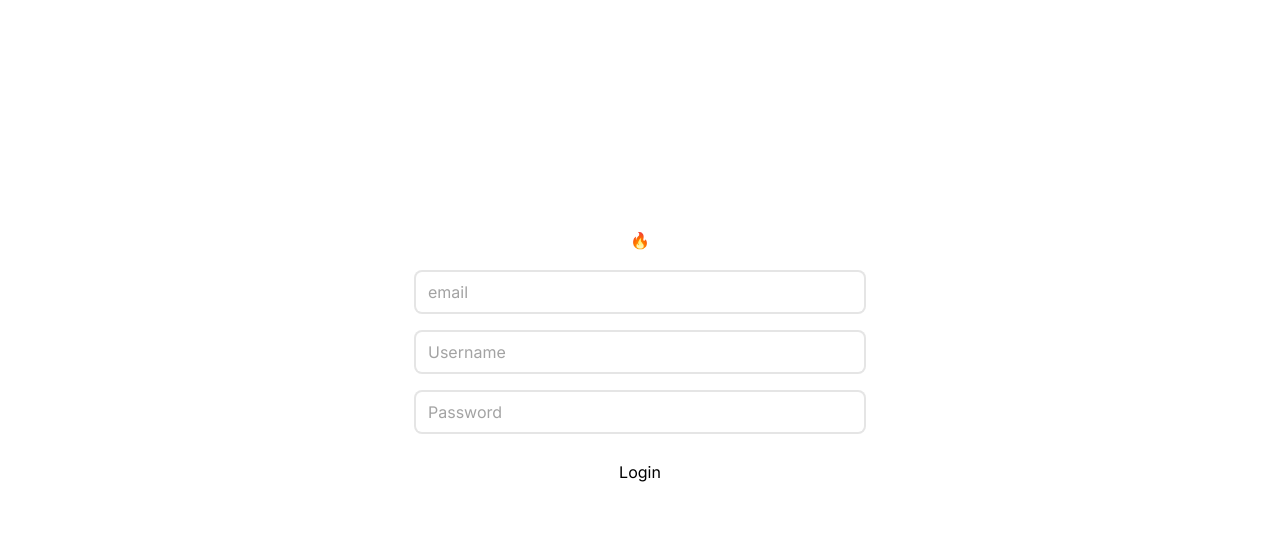
Repository: ParkSeokgyu/tweets
Page: /login
These files come from the project's save history. The page is drawn as it stood at one moment and after the next save; the edit follows.
The browser window is 1280 px wide. The pictures show the whole page.
The project was rebuilt for these pictures with package versions that can differ from the ones it lists, and the page was loaded fresh each time. The framework's server and built-in components were replaced by stand-ins that run in the browser. Also part of the build but not shown: next.config.mjs.

Above is the page before, as saved 2024-08-14 11:08:09.

### app/layout.tsx
import type { Metadata } from "next";
import { Inter } from "next/font/google";
import "./globals.css";

const inter = Inter({ subsets: ["latin"] });

export const metadata: Metadata = {
  title: "Create Next App",
  description: "Generated by create next app",
};

export default function RootLayout({
  children,
}: Readonly<{
  children: React.ReactNode;
}>) {
  return (
    <html lang="ko">
      <body className={inter.className}>
        {children}
      </body>
    </html>
  );
}

### app/login/page.tsx
"use client"

import Button from "@/components/button"
import Input from "@/components/input"

export default function Login() {
  return (
    <div className="min-h-screen flex items-center justify-center">
      <div className="w-full max-w-md mx-auto flex flex-col gap-5">
        <div className="text-center">
          <h1>🔥</h1>
        </div>
        <form action="" className="flex flex-col gap-5 w-full">
          <Input
            name="email"
            type="email"
            placeholder="email"
            required
            errors={[]}
          />
          <Input
            name="username"
            type="text"
            placeholder="Username"
            required
            errors={[]}
          />
          <Input
            name="password"
            type="password"
            placeholder="Password"
            required
            errors={[]}
          />

          <Button text="Login" />
        </form>
      </div>
    </div>
  )
}

### components/button.tsx
"use client"
import { useFormStatus } from "react-dom";

interface ButtonProps {
  text: string;
}

export default function Button({ text }: ButtonProps) {

  const { pending } = useFormStatus(); //

  return (
    <button
      disabled={pending}
      className="primary-btn h-10 disabled:bg-neutral-400  disabled:text-neutral-300 disabled:cursor-not-allowed"
    >

      {pending ? "로딩 중..." : text}

    </button>
  );
}

### components/input.tsx
interface InputProps {
  type: string;
  placeholder: string;
  required: boolean;
  errors?: string[];
  name: string;
}

export default function Input({type, placeholder, required, errors=[], name}: InputProps) {
  return (
    <div className="flex flex-col gap-2">
      <input
        className="
          bg-transparent rounded-md w-full h-10 focus:outline-none ring-2 focus:ring-4 transition ring-neutral-200 focus:ring-orange-500 border-none placeholder:text-neutral-400 px-3"
        name={name}
        type={type}
        placeholder={placeholder}
        required={required}
      />

      {errors?.map((error, index) => (
        <span key={index} className="text-red-500 font-medium">
          {error}
        </span>
      ))}
    </div>
  )
}

Loaded but not shown: app/globals.css (common file); tailwind.config.ts (common file)

After the next save:
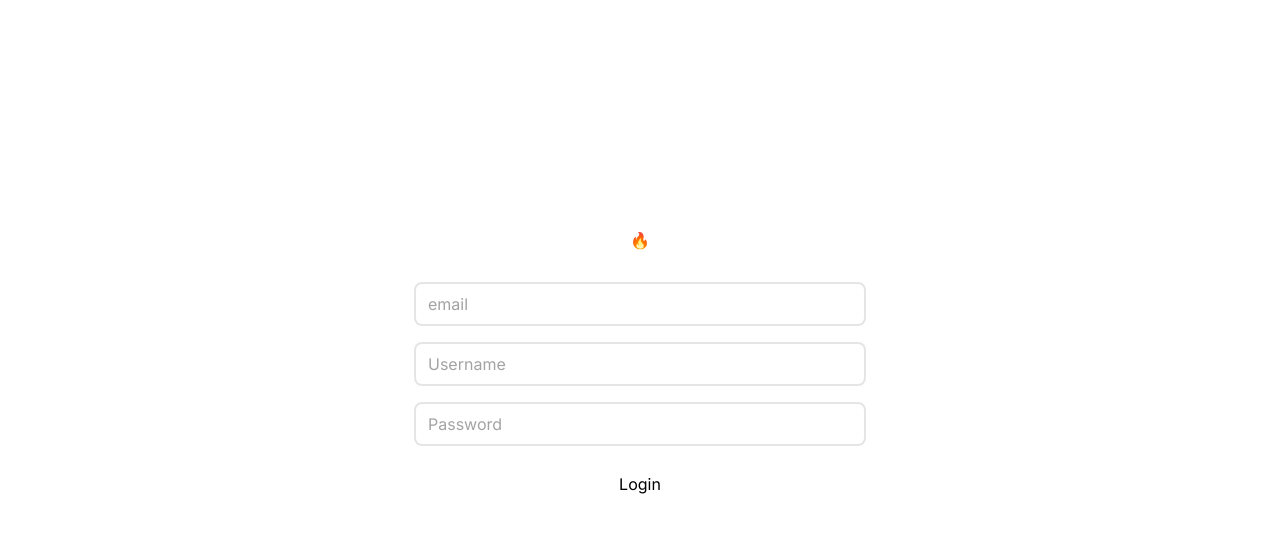
Saved 6 s later.
--- a/app/login/page.tsx
+++ b/app/login/page.tsx
@@ -7,7 +7,7 @@ export default function Login() {
   return (
     <div className="min-h-screen flex items-center justify-center">
       <div className="w-full max-w-md mx-auto flex flex-col gap-5">
-        <div className="text-center">
+        <div className="text-center my-3">
           <h1>🔥</h1>
         </div>
         <form action="" className="flex flex-col gap-5 w-full">
